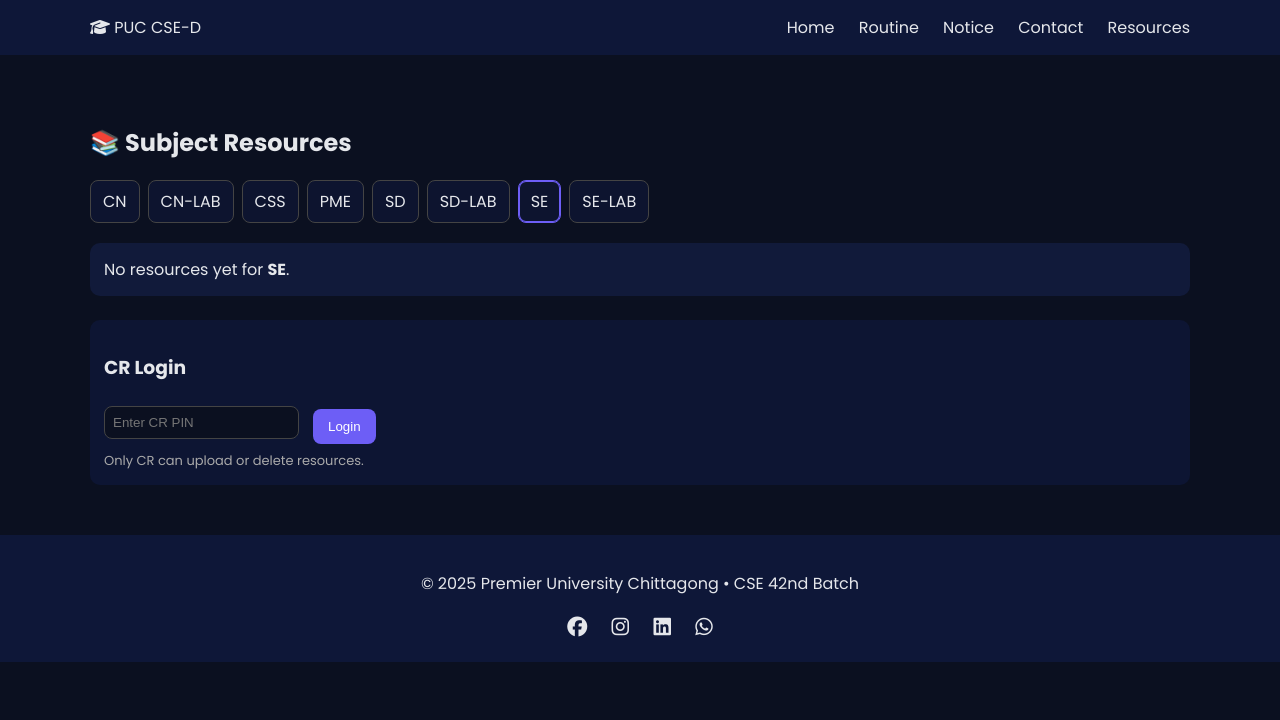
Repository: naimuddin1190/puc-class-management
Page: http://localhost/resources.php?subject=SE
An editor plug-in stored every save of this project. The page is shown before and after a run of saves, followed by the edit.
The browser window is 1280 px wide. The pictures show the whole page.
The page is run by PHP 8.4 with error messages shown; the project is at /var/www/html/. The database holds what the project's SQL file puts in it. Queries for data that is not in the repository find no rows.

Above is the page before, as saved 2025-09-02 23:47:13.

### resources.php
<?php
session_start();
include 'db.php';

// --- CR login/logout ---
$login_error = '';
if (isset($_POST['cr_login_pin'])) {
    if ($_POST['cr_login_pin'] === "4242") { // Change CR_PIN as needed
        $_SESSION['is_cr'] = true;
        header("Location: resources.php");
        exit;
    } else {
        $login_error = "Wrong PIN.";
    }
}

if (isset($_GET['logout']) && $_GET['logout'] === '1') {
    unset($_SESSION['is_cr']);
    header("Location: resources.php");
    exit;
}

// --- Handle CR subject management ---
if(!empty($_SESSION['is_cr'])) {
    // Add subject
    if(isset($_POST['add_subject']) && !empty($_POST['new_subject'])) {
        $name = trim($_POST['new_subject']);
        $stmt = mysqli_prepare($conn, "INSERT IGNORE INTO subjects (name) VALUES (?)");
        mysqli_stmt_bind_param($stmt, "s", $name);
        mysqli_stmt_execute($stmt);
        mysqli_stmt_close($stmt);
        header("Location: resources.php");
        exit;
    }

    // Delete subject
    if(isset($_POST['delete_subject']) && !empty($_POST['del_subject'])) {
        $sub = trim($_POST['del_subject']);

        // Delete all resources under this subject
        $res_files = mysqli_query($conn, "SELECT file_path FROM resources WHERE subject='" . mysqli_real_escape_string($conn,$sub) . "'");
        while($r = mysqli_fetch_assoc($res_files)) {
            $abs = __DIR__ . '/' . $r['file_path'];
            if(is_file($abs)) @unlink($abs);
        }

        // Delete DB rows
        mysqli_query($conn, "DELETE FROM resources WHERE subject='" . mysqli_real_escape_string($conn,$sub) . "'");
        mysqli_query($conn, "DELETE FROM subjects WHERE name='" . mysqli_real_escape_string($conn,$sub) . "'");

        header("Location: resources.php");
        exit;
    }
}

// --- Load subjects & current tab ---
$sub_result = mysqli_query($conn, "SELECT name FROM subjects ORDER BY name ASC");
$SUBJECTS = [];
while($row = mysqli_fetch_assoc($sub_result)) { $SUBJECTS[] = $row['name']; }
$current = isset($_GET['subject']) && in_array($_GET['subject'], $SUBJECTS) ? $_GET['subject'] : ($SUBJECTS[0] ?? '');

// --- Fetch resources ---
$stmt = mysqli_prepare($conn, "SELECT id, title, file_path, uploaded_at FROM resources WHERE subject=? ORDER BY uploaded_at DESC");
mysqli_stmt_bind_param($stmt, "s", $current);
mysqli_stmt_execute($stmt);
$result = mysqli_stmt_get_result($stmt);
$rows = mysqli_fetch_all($result, MYSQLI_ASSOC);
mysqli_stmt_close($stmt);
?>
<!DOCTYPE html>
<html lang="en">
<head>
<meta charset="UTF-8">
<title>Resources • PUC Section-D</title>
<link href="https://fonts.googleapis.com/css2?family=Poppins:wght@300;400;600;700&display=swap" rel="stylesheet">
<link href="https://cdnjs.cloudflare.com/ajax/libs/font-awesome/6.5.0/css/all.min.css" rel="stylesheet">
<link rel="stylesheet" href="style.css">
<style>
/* UI tweaks */
.tabs { display:flex; flex-wrap:wrap; gap:8px; margin: 10px 0 20px;}
.tab { padding:8px 12px; border:1px solid #444; border-radius:8px; text-decoration:none; color:var(--text); background:#0f1838a8;}
.tab.active { border-color: var(--primary); box-shadow:0 0 0 1px var(--primary) inset;}
.res-list { display:grid; grid-template-columns: repeat(auto-fit,minmax(260px,1fr)); gap:14px; }
.res-item { background: var(--card); padding:14px; border-radius:10px; }
.res-meta { font-size:12px; opacity:.8; margin-top:6px; }
.res-actions { display:flex; gap:8px; margin-top:10px; }
.admin-panel { background: #0d1533; padding:14px; border-radius:10px; margin-top:18px;}
.admin-panel input, .admin-panel select { margin:6px 6px 6px 0; padding:8px; border-radius:8px; border:1px solid #444; background:#0b1020; color:var(--text);}
.admin-panel .btn { margin-top:8px; }
.pin-row { display:flex; gap:8px; align-items:center; }
.notice { color: #aaa; font-size: 13px; margin-top:6px; }
</style>
</head>
<body>
<nav class="nav">
<div class="nav-inner container">
<div class="brand"><i class="fa-solid fa-graduation-cap"></i> PUC CSE-D</div>
<div class="menu">
<a href="index.html#home">Home</a>
<a href="index.html#routine">Routine</a>
<a href="index.html#notice">Notice</a>
<a href="index.html#contact">Contact</a>
<a href="resources.php" class="active">Resources</a>
</div>
</div>
</nav>

<section class="section container">
<h2>📚 Subject Resources</h2>

<!-- Subject tabs -->
<div class="tabs">
<?php foreach($SUBJECTS as $s): ?>
  <a class="tab <?= $current===$s?'active':'' ?>" href="?subject=<?= urlencode($s) ?>"><?= htmlspecialchars($s) ?></a>
<?php endforeach; ?>
</div>

<!-- Resource list -->
<div class="res-list">
<?php if(empty($rows)): ?>
  <div class="res-item">No resources yet for <b><?= htmlspecialchars($current) ?></b>.</div>
<?php else: foreach($rows as $r): ?>
  <div class="res-item">
    <div class="res-title">
      <i class="fa-regular fa-file-lines"></i>
      <a href="<?= htmlspecialchars($r['file_path']) ?>" target="_blank" style="color:var(--text); text-decoration:none;">
        <?= htmlspecialchars($r['title']) ?>
      </a>
    </div>
    <div class="res-meta">Uploaded: <?= date('M d, Y h:i A', strtotime($r['uploaded_at'])) ?></div>
    <?php if(!empty($_SESSION['is_cr'])): ?>
      <form class="res-actions" method="post" action="resource_delete.php" onsubmit="return confirm('Delete this file?');">
        <input type="hidden" name="id" value="<?= (int)$r['id'] ?>">
        <button class="delete-btn" type="submit" style="padding:6px 10px; border-radius:8px;">
          <i class="fa-solid fa-trash"></i> Delete
        </button>
      </form>

      <h4>Or type a notice</h4>
<form method="post" action="notice_upload.php">
    <select name="subject" required>
        <?php foreach($SUBJECTS as $s): ?>
            <option value="<?= htmlspecialchars($s) ?>" <?= $current===$s?'selected':'' ?>>
                <?= htmlspecialchars($s) ?>
            </option>
        <?php endforeach; ?>


    </select>
    <input type="text" name="title" placeholder="Notice Title" required>
    <textarea name="content" rows="4" placeholder="Type your notice here..." required style="width:100%; margin-top:6px; padding:8px; border-radius:6px; border:1px solid #444; background:#0b1020; color:var(--text);"></textarea>
    <button class="btn" type="submit" style="margin-top:8px;"><i class="fa-solid fa-paper-plane"></i> Post Notice</button>
</form>

    <?php endif; ?>
  </div>
<?php endforeach; endif; ?>
</div>

<!-- CR login / logout -->
<?php if(empty($_SESSION['is_cr'])): ?>
<div class="admin-panel" style="margin-top:24px;">
<h3>CR Login</h3>
<?php if($login_error): ?><div style="color:#ef4444; margin-bottom:6px;"><?= htmlspecialchars($login_error) ?></div><?php endif; ?>
<form method="post">
  <div class="pin-row">
    <input type="password" name="cr_login_pin" placeholder="Enter CR PIN" required>
    <button class="btn" type="submit">Login</button>
  </div>
  <div class="notice">Only CR can upload or delete resources.</div>
</form>
</div>
<?php else: ?>
<div class="admin-panel">
<div style="display:flex; justify-content:space-between; align-items:center;">
<h3>Upload New Resource</h3>
<a class="btn" href="resources.php?logout=1">Logout CR</a>
</div>
<form method="post" action="resource_upload.php" enctype="multipart/form-data">
<div>
<select name="subject" required>
<?php foreach($SUBJECTS as $s): ?>
  <option value="<?= htmlspecialchars($s) ?>" <?= $current===$s?'selected':'' ?>><?= htmlspecialchars($s) ?></option>
<?php endforeach; ?>
</select>
<input type="text" name="title" placeholder="Title (e.g., CT-1 Syllabus)" required>
<input type="file" name="file" accept=".pdf,.ppt,.pptx,.doc,.docx,.xls,.xlsx,.zip,.rar,.7z,.txt" required>
</div>
<button class="btn" type="submit" style="margin-top:8px;"><i class="fa-solid fa-cloud-arrow-up"></i> Upload</button>
<div class="notice">Allowed: pdf, ppt/pptx, doc/docx, xls/xlsx, zip/rar/7z, txt (≤ 20MB)</div>
</form>

<!-- Subject Management -->
<div style="margin-top:20px;">
<h3>Manage Subjects</h3>
<!-- Add Subject -->
<form method="post" style="margin-bottom:12px;">
<input type="text" name="new_subject" placeholder="New Subject" required>
<button type="submit" name="add_subject">Add</button>
</form>
<!-- Delete Subject -->
<form method="post">
<select name="del_subject" required>
<option value="">Select Subject to Delete</option>
<?php foreach($SUBJECTS as $s): ?>
<option value="<?= htmlspecialchars($s) ?>"><?= htmlspecialchars($s) ?></option>
<?php endforeach; ?>
</select>
<button type="submit" name="delete_subject" onclick="return confirm('Delete this subject and all its resources?');">Delete</button>
</form>
</div>
</div>
<?php endif; ?>
</section>

<footer class="footer">
<p>© 2025 Premier University Chittagong • CSE 42nd Batch</p>
<div class="socials">
<a href="https://facebook.com"><i class="fab fa-facebook"></i></a>
<a href="https://instagram.com"><i class="fab fa-instagram"></i></a>
<a href="https://linkedin.com"><i class="fab fa-linkedin"></i></a>
<a href="https://chat.whatsapp.com/your-group-link"><i class="fab fa-whatsapp"></i></a>
</div>
</footer>
</body>
</html>

### db.php
<?php
// Database Configuration
$servername = "localhost";
$username   = "root";   // XAMPP/MAMP এর জন্য সাধারণত root
$password   = "";       // Default password খালি থাকে
$dbname     = "puc_portal_db";

// Database Connection
$conn = new mysqli($servername, $username, $password, $dbname);

// Check Connection
if ($conn->connect_error) {
    die("Connection failed: " . $conn->connect_error);
}

/*
|--------------------------------------------------------------------------
| Tables Needed:
|--------------------------------------------------------------------------
| 1. subjects (id, name)
| 2. notes (id, subject_id, file_name, file_path, uploaded_at)
| 3. slides (id, subject_id, file_name, file_path, uploaded_at)
| 4. pdfs (id, subject_id, file_name, file_path, uploaded_at)
|--------------------------------------------------------------------------
|
| তুমি phpMyAdmin এ গিয়ে নিচের SQL রান করলে টেবিলগুলো তৈরি হয়ে যাবে।
|
| CREATE TABLE subjects (
|   id INT AUTO_INCREMENT PRIMARY KEY,
|   name VARCHAR(255) NOT NULL
| );
|
| CREATE TABLE notes (
|   id INT AUTO_INCREMENT PRIMARY KEY,
|   subject_id INT,
|   file_name VARCHAR(255),
|   file_path VARCHAR(255),
|   uploaded_at TIMESTAMP DEFAULT CURRENT_TIMESTAMP,
|   FOREIGN KEY (subject_id) REFERENCES subjects(id) ON DELETE CASCADE
| );
|
| CREATE TABLE slides (
|   id INT AUTO_INCREMENT PRIMARY KEY,
|   subject_id INT,
|   file_name VARCHAR(255),
|   file_path VARCHAR(255),
|   uploaded_at TIMESTAMP DEFAULT CURRENT_TIMESTAMP,
|   FOREIGN KEY (subject_id) REFERENCES subjects(id) ON DELETE CASCADE
| );
|
| CREATE TABLE pdfs (
|   id INT AUTO_INCREMENT PRIMARY KEY,
|   subject_id INT,
|   file_name VARCHAR(255),
|   file_path VARCHAR(255),
|   uploaded_at TIMESTAMP DEFAULT CURRENT_TIMESTAMP,
|   FOREIGN KEY (subject_id) REFERENCES subjects(id) ON DELETE CASCADE
| );
|
*/
?>

### style.css
:root {
  --bg: #0b1020;
  --card: #111a3a;
  --primary: #6d5ef6;
  --danger: #ef4444;
  --text: #e5e7eb;
}

body {
  margin: 0;
  font-family: 'Poppins', sans-serif;
  background: var(--bg);
  color: var(--text);
}

.container {
  width: min(1100px, 90%);
  margin: auto;
}

.section {
  padding: 50px 0;
}

/* Navbar */
.nav {
  background: #0e1738;
  position: sticky;
  top: 0;
  z-index: 100;
}
.nav-inner {
  display: flex;
  justify-content: space-between;
  align-items: center;
  padding: 15px 0;
}
.menu a {
  margin-left: 20px;
  text-decoration: none;
  color: var(--text);
}
.menu a:hover {
  color: var(--primary);
}

/* Hero */
.hero {
  display: flex;
  justify-content: space-between;
  align-items: center;
}
.clock-area {
  text-align: center;
}
#digitalClock {
  margin-top: 10px;
  font-size: 20px;
}

/* Routine */
#routineTable table {
  width: 100%;
  border-collapse: collapse;
}
#routineTable th, #routineTable td {
  border: 1px solid #444;
  padding: 8px;
  text-align: center;
}

/* Notices */
#noticeList {
  list-style: none;
  padding: 0;
}
#noticeList li {
  background: var(--card);
  padding: 10px;
  margin-bottom: 8px;
  border-radius: 5px;
  display: flex;
  flex-direction: column;
}
#noticeList small {
  font-size: 12px;
  color: #bbb;
  margin-bottom: 5px;
}
.delete-btn {
  background: transparent;
  border: none;
  color: var(--danger);
  cursor: pointer;
  font-size: 16px;
  align-self: flex-end;
}
.delete-btn:hover {
  color: #ff5555;
}
textarea {
  width: 100%;
  height: 80px;
  margin-top: 10px;
  padding: 8px;
  border-radius: 5px;
  border: none;
}

/* Contact */
.contact-grid {
  display: grid;
  grid-template-columns: repeat(auto-fit,minmax(220px,1fr));
  gap: 20px;
}
.card {
  background: var(--card);
  padding: 20px;
  border-radius: 10px;
}

/* Footer */
.footer {
  text-align: center;
  padding: 20px;
  background: #0e1738;
}
.footer .socials a {
  margin: 0 10px;
  color: var(--text);
  font-size: 20px;
}
.footer .socials a:hover {
  color: var(--primary);
}

/* Buttons & Admin Panel */
.btn {
  background: var(--primary);
  color: white;
  border: none;
  padding: 10px 15px;
  border-radius: 8px;
  cursor: pointer;
}
.btn:hover {
  opacity: 0.9;
}
.admin-panel {
  margin-top: 15px;
}
.admin-panel input, .admin-panel select {
  margin: 5px;
  padding: 8px;
  border-radius: 5px;
  border: none;
}





/* Admin panel (already exists? then keep whichever is nicer) */
.admin-panel {
  background: #0d1533;
  padding: 14px;
  border-radius: 10px;
  margin-top: 18px;
}

/* Bigger Notice box */
#newNotice {
  width: 100%;
  min-height: 110px;
  padding: 10px;
  border-radius: 10px;
  border: 1px solid #444;
  background: var(--card);
  color: var(--text);
  resize: vertical;
}

### puc_portal_db.sql (the tables this page reads)
CREATE TABLE `resources` (
  `id` int(11) NOT NULL,
  `subject` varchar(100) NOT NULL,
  `title` varchar(255) NOT NULL,
  `file_path` varchar(255) NOT NULL,
  `uploaded_at` timestamp NOT NULL DEFAULT current_timestamp()
) ENGINE=InnoDB DEFAULT CHARSET=utf8mb4 COLLATE=utf8mb4_general_ci;

INSERT INTO `resources` (`id`, `subject`, `title`, `file_path`, `uploaded_at`) VALUES
(4, 'CN', 'final Q', 'uploads/CN/1756834552_6th_CN_MID_Spring-2024_1_.pdf', '2025-09-02 17:35:52');

ALTER TABLE `resources`
  ADD PRIMARY KEY (`id`);

ALTER TABLE `resources`
  MODIFY `id` int(11) NOT NULL AUTO_INCREMENT, AUTO_INCREMENT=6;

CREATE TABLE `subjects` (
  `id` int(11) NOT NULL,
  `name` varchar(255) NOT NULL
) ENGINE=InnoDB DEFAULT CHARSET=utf8mb4 COLLATE=utf8mb4_general_ci;

INSERT INTO `subjects` (`id`, `name`) VALUES
(2, 'PME'),
(3, 'CN'),
(4, 'SE'),
(5, 'SD'),
(6, 'CN-LAB'),
(7, 'SE-LAB'),
(8, 'SD-LAB'),
(9, 'CSS');

ALTER TABLE `subjects`
  ADD PRIMARY KEY (`id`);

ALTER TABLE `subjects`
  MODIFY `id` int(11) NOT NULL AUTO_INCREMENT, AUTO_INCREMENT=10;

After the next 2 saves:
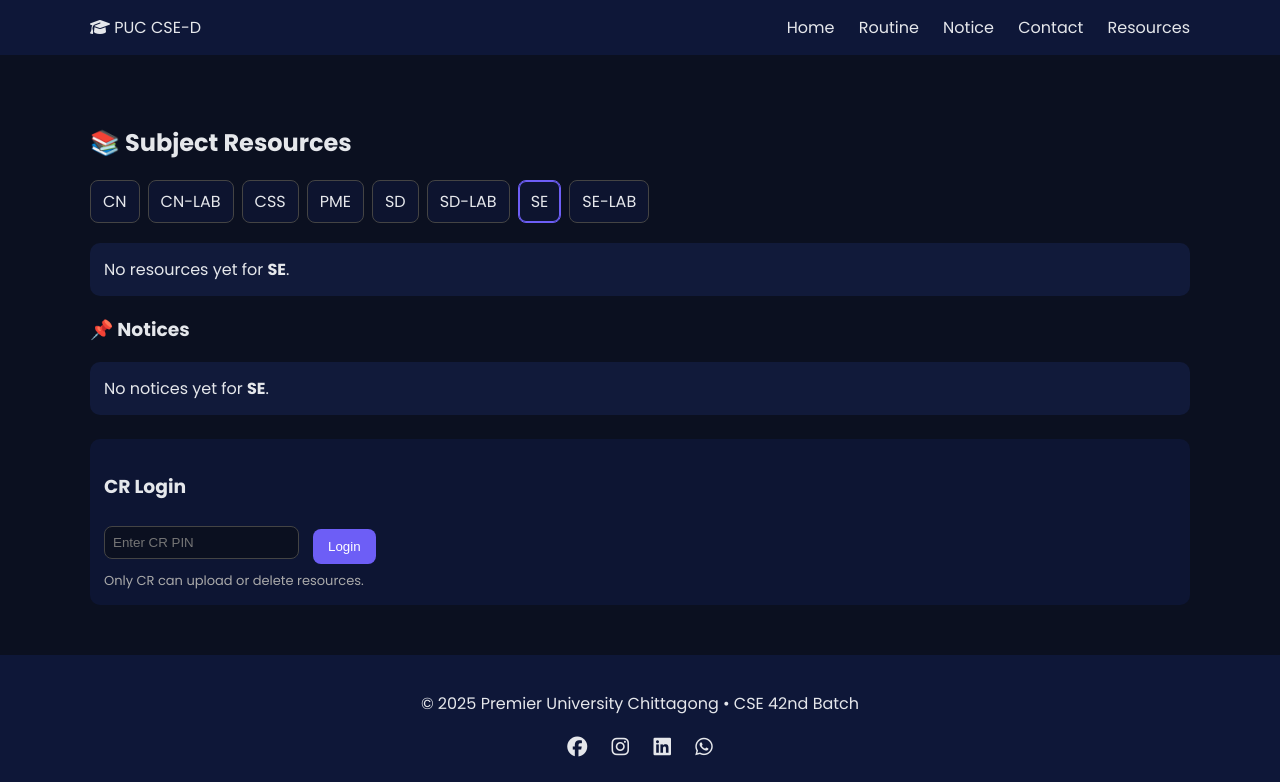
The 2 saves are shown as one change because they came seconds apart.
The last was saved 18 s later.
--- a/resources.php
+++ b/resources.php
@@ -157,6 +157,30 @@
 <?php endforeach; endif; ?>
 </div>
 
+<h3>📌 Notices</h3>
+<div class="res-list">
+<?php
+$notice_stmt = mysqli_prepare($conn, "SELECT id, title, content, uploaded_at FROM notices WHERE subject=? ORDER BY uploaded_at DESC");
+mysqli_stmt_bind_param($notice_stmt, "s", $current);
+mysqli_stmt_execute($notice_stmt);
+$notice_res = mysqli_stmt_get_result($notice_stmt);
+$notices = mysqli_fetch_all($notice_res, MYSQLI_ASSOC);
+mysqli_stmt_close($notice_stmt);
+
+if(empty($notices)) {
+    echo "<div class='res-item'>No notices yet for <b>".htmlspecialchars($current)."</b>.</div>";
+} else {
+    foreach($notices as $n) {
+        echo "<div class='res-item'>";
+        echo "<div class='res-title'><i class='fa-solid fa-bullhorn'></i> ".htmlspecialchars($n['title'])."</div>";
+        echo "<div class='res-meta'>".nl2br(htmlspecialchars($n['content']))."</div>";
+        echo "<div class='res-meta'>Posted: ".date('M d, Y h:i A', strtotime($n['uploaded_at']))."</div>";
+        echo "</div>";
+    }
+}
+?>
+</div>
+
 <!-- CR login / logout -->
 <?php if(empty($_SESSION['is_cr'])): ?>
 <div class="admin-panel" style="margin-top:24px;">

After the 2 saves that followed:
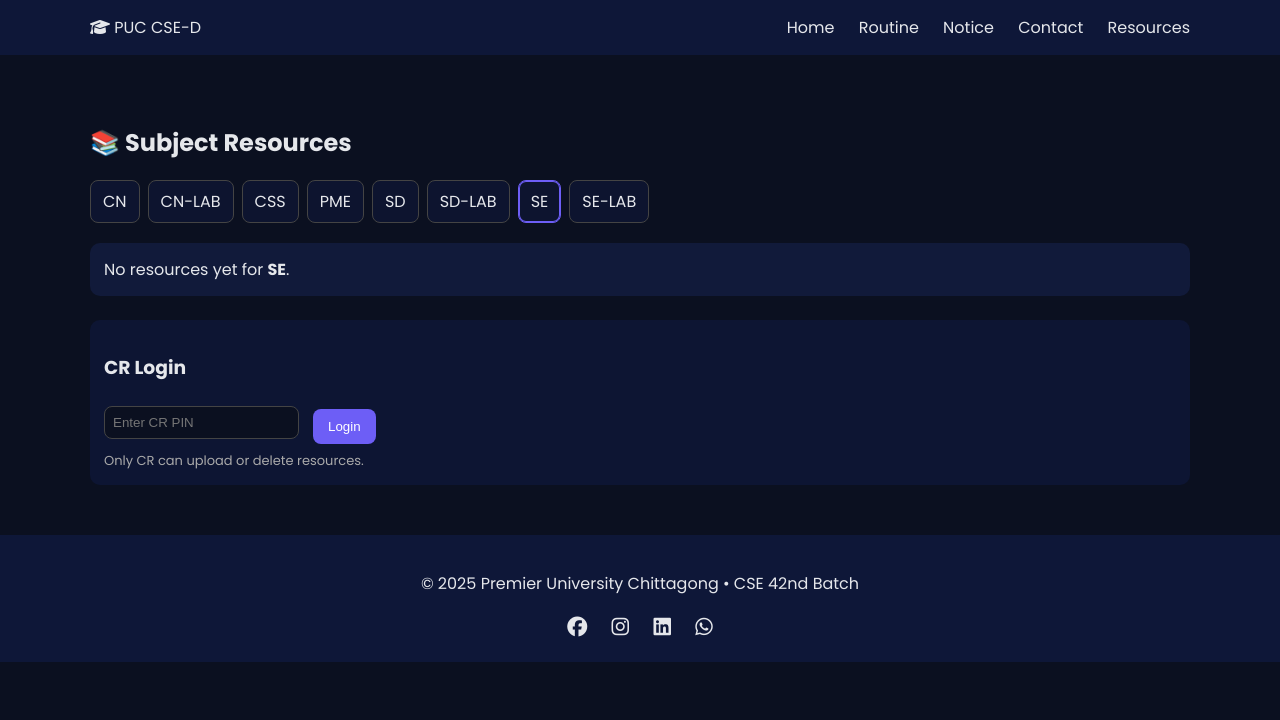
The 2 saves are shown as one change because they came seconds apart.
The last was saved 35 s later.
--- a/resources.php
+++ b/resources.php
@@ -157,29 +157,6 @@
 <?php endforeach; endif; ?>
 </div>
 
-<h3>📌 Notices</h3>
-<div class="res-list">
-<?php
-$notice_stmt = mysqli_prepare($conn, "SELECT id, title, content, uploaded_at FROM notices WHERE subject=? ORDER BY uploaded_at DESC");
-mysqli_stmt_bind_param($notice_stmt, "s", $current);
-mysqli_stmt_execute($notice_stmt);
-$notice_res = mysqli_stmt_get_result($notice_stmt);
-$notices = mysqli_fetch_all($notice_res, MYSQLI_ASSOC);
-mysqli_stmt_close($notice_stmt);
-
-if(empty($notices)) {
-    echo "<div class='res-item'>No notices yet for <b>".htmlspecialchars($current)."</b>.</div>";
-} else {
-    foreach($notices as $n) {
-        echo "<div class='res-item'>";
-        echo "<div class='res-title'><i class='fa-solid fa-bullhorn'></i> ".htmlspecialchars($n['title'])."</div>";
-        echo "<div class='res-meta'>".nl2br(htmlspecialchars($n['content']))."</div>";
-        echo "<div class='res-meta'>Posted: ".date('M d, Y h:i A', strtotime($n['uploaded_at']))."</div>";
-        echo "</div>";
-    }
-}
-?>
-</div>
 
 <!-- CR login / logout -->
 <?php if(empty($_SESSION['is_cr'])): ?>
